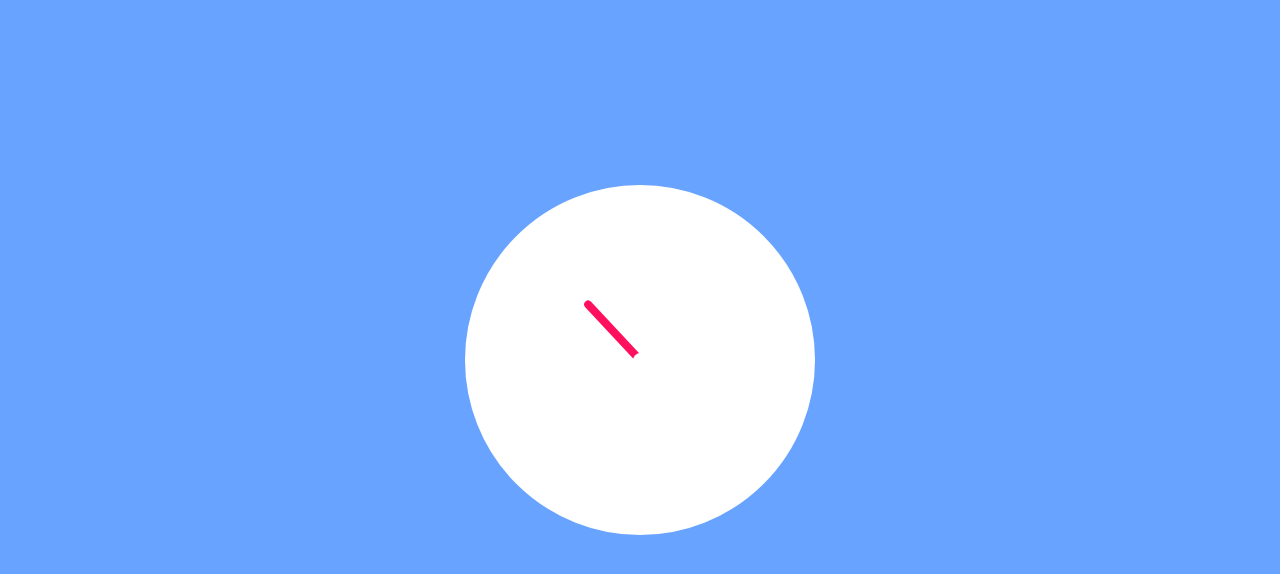
Repository: DaNiels89/analog-clock
Page: index.html
These files come from the project's save history. The page is drawn as it stood at one moment and after the next save; the edit follows.
The browser window is 1280 px wide. The pictures show the whole page.

Above is the page before, as saved 2020-06-20 11:42:46.

### index.html
<!DOCTYPE html>
<html lang="en">

<head>
    <meta charset="UTF-8">
    <meta name="viewport" content="width=device-width, initial-scale=1.0">
    <title>Analog Clock</title>
    <!-- <link rel="stylesheet" href="css/styles.css"> -->
    <link rel="stylesheet" href="css/lightstyles.css">
</head>

<body>
    <div class="clock">
        <div class="hour">
            <div class="hr" id="hr"></div>
        </div>
        <div class="min">
            <div class="mn" id="mn"></div>
        </div>
        <div class="sec">
            <div class="sc" id="sc"></div>
        </div>
    </div>

    <script src="js/main.js"></script>
</body>

</html>

### css/lightstyles.css
* {
    margin: 0;
    padding: 0;
    box-sizing: border-box;
  }

  body {
    display: flex;
    justify-content: center;
    align-items: center;
    min-height: 100vh;
    background: #68a4ff
  }

  .clock {
    width: 350px;
    height: 350px;
    display:flex;
    justify-content: center;
    align-items: center;
    background: #fff;
    border-radius: 50%;
    border: 20px solid #fff;
    box-shadow: inset 0 0 30px rgba(0,0,0,.1),
                0 20px 20px rgba(0,0,0,.2)
                0 0 0 4px rgba(255,255,255,1)
  }

  .clock::before {
    content: "";
    position: absolute;
    width: 15px;
    height: 15px;
    background: #fff;
    border-radius: 50%;
    z-index: 10000;
  }

  .clock .hour,
  .clock .min,
  .clock .sec {
    position: absolute;
  }

  .clock .hour, .hr {
    width: 160px;
    height: 160px;
  }

  .clock .min, .mn {
    width: 190px;
    height: 190px;
  }

  .clock .sec, .sc {
    width: 230px;
    height: 230px;
  }

  .hr, .mn, .sc {
    display: flex;
    justify-content: center;
    position: absolute;
    border-radius: 50%;;
  }

  .hr::before {
    content: "";
    position: absolute;
    width: 8px;
    height: 80px;
    background: #ff105e;
    z-index: 10;
    border-radius: 6px 6px 0 0;
  }

  .mn::before {
    content: "";
    position: absolute;
    width: 4px;
    height: 90px;
    background: #fff;
    z-index: 11;
    border-radius: 6px 6px 0 0;
  }

  .sc::before {
    content: "";
    position: absolute;
    width: 2px;
    height: 150px;
    background: #fff;
    z-index: 12;
    border-radius: 6px 6px 0 0;
  }

### js/main.js
const deg = 6
const hr = document.querySelector("#hr")
const mn = document.querySelector("#mn")
const sc = document.querySelector("#sc")

setInterval(() => {
    let day = new Date()
    let hh = day.getHours() * 30
    let mm = day.getMinutes() * deg
    let ss = day.getSeconds() * deg

    hr.style.transform = `rotateZ(${(hh) + (mm / 12)}deg)`
    mn.style.transform = `rotateZ(${(mm)}deg)`
    sc.style.transform = `rotateZ(${(ss)}deg)`
})

After the next save:
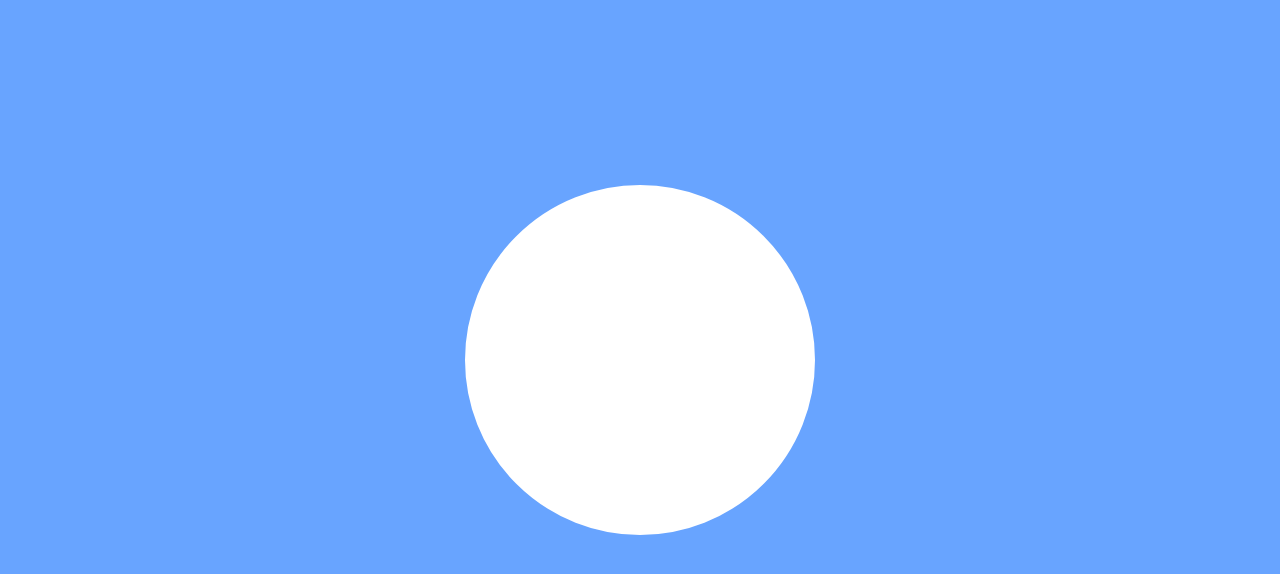
Saved 22 s later.
--- a/css/lightstyles.css
+++ b/css/lightstyles.css
@@ -26,7 +26,7 @@
                 0 0 0 4px rgba(255,255,255,1)
   }
 
-  .clock::before {
+  /* .clock::before {
     content: "";
     position: absolute;
     width: 15px;
@@ -92,4 +92,4 @@
     background: #fff;
     z-index: 12;
     border-radius: 6px 6px 0 0;
-  }
+  }   */
